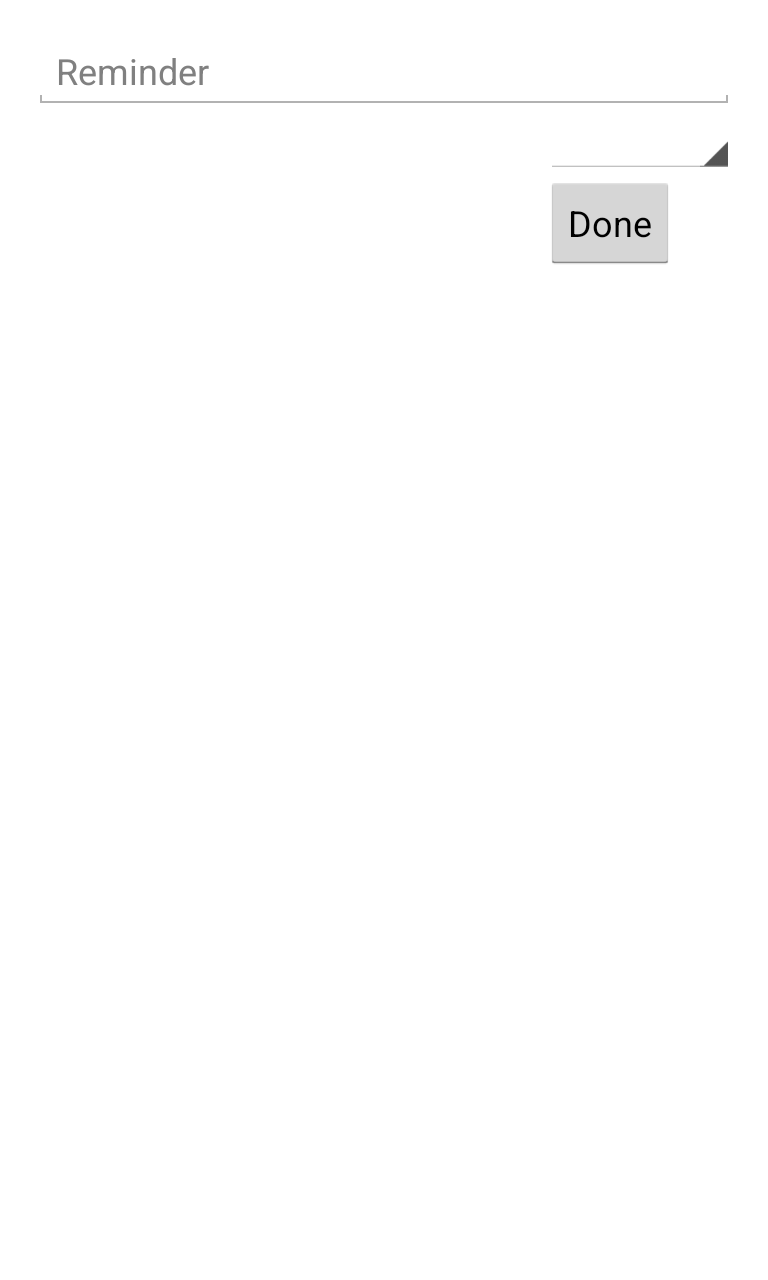
Repository: ericluo1123/myAndroidCode
Layout: SimpleRelativeLayout/res/layout/activity_main.xml
The author's editor kept a copy of each file at every save. The layout is drawn from the files as they stood at one save, then again after the next save.
It is drawn on a 768 x 1280 px phone screen (xhdpi) without system bars, with theme AppTheme; the app's code is not run.

Above is the layout before, as saved 2014-09-05 13:30:18.

### SimpleRelativeLayout/res/layout/activity_main.xml
<RelativeLayout xmlns:android="http://schemas.android.com/apk/res/android"
    xmlns:tools="http://schemas.android.com/tools"
    android:layout_width="match_parent"
    android:layout_height="match_parent"
    android:paddingBottom="@dimen/activity_vertical_margin"
    android:paddingLeft="@dimen/activity_horizontal_margin"
    android:paddingRight="@dimen/activity_horizontal_margin"
    android:paddingTop="@dimen/activity_vertical_margin"
    tools:context="com.example.simplerelativelayout.MainActivity" >

    <EditText
        android:id="@+id/editText1"
        android:layout_width="match_parent"
        android:layout_height="wrap_content"
        android:layout_alignParentTop="true"
        android:layout_centerHorizontal="true"
        android:ems="10"
        android:hint="Reminder" />

    <Spinner
        android:id="@+id/spinner2"
        android:layout_width="96dp"
        android:layout_height="wrap_content"
        android:layout_alignRight="@+id/editText1"
        android:layout_below="@+id/editText1" />

    <Spinner
        android:id="@+id/spinner1"
        android:layout_width="wrap_content"
        android:layout_height="wrap_content"
        android:layout_alignRight="@+id/spinner2"
        android:layout_alignTop="@+id/spinner2" />

    <Button
        android:id="@+id/button1"
        android:layout_width="wrap_content"
        android:layout_height="wrap_content"
        android:layout_alignLeft="@+id/spinner2"
        android:layout_below="@+id/spinner2"
        android:text="Done" />

</RelativeLayout>

Loaded but not shown: SimpleRelativeLayout/res/values/styles.xml (common file); SimpleRelativeLayout/res/values-v11/styles.xml (common file); SimpleRelativeLayout/res/values-v14/styles.xml (common file); SimpleRelativeLayout/res/values/dimens.xml (common file); SimpleRelativeLayout/res/values-w820dp/dimens.xml (common file)

After the next save:
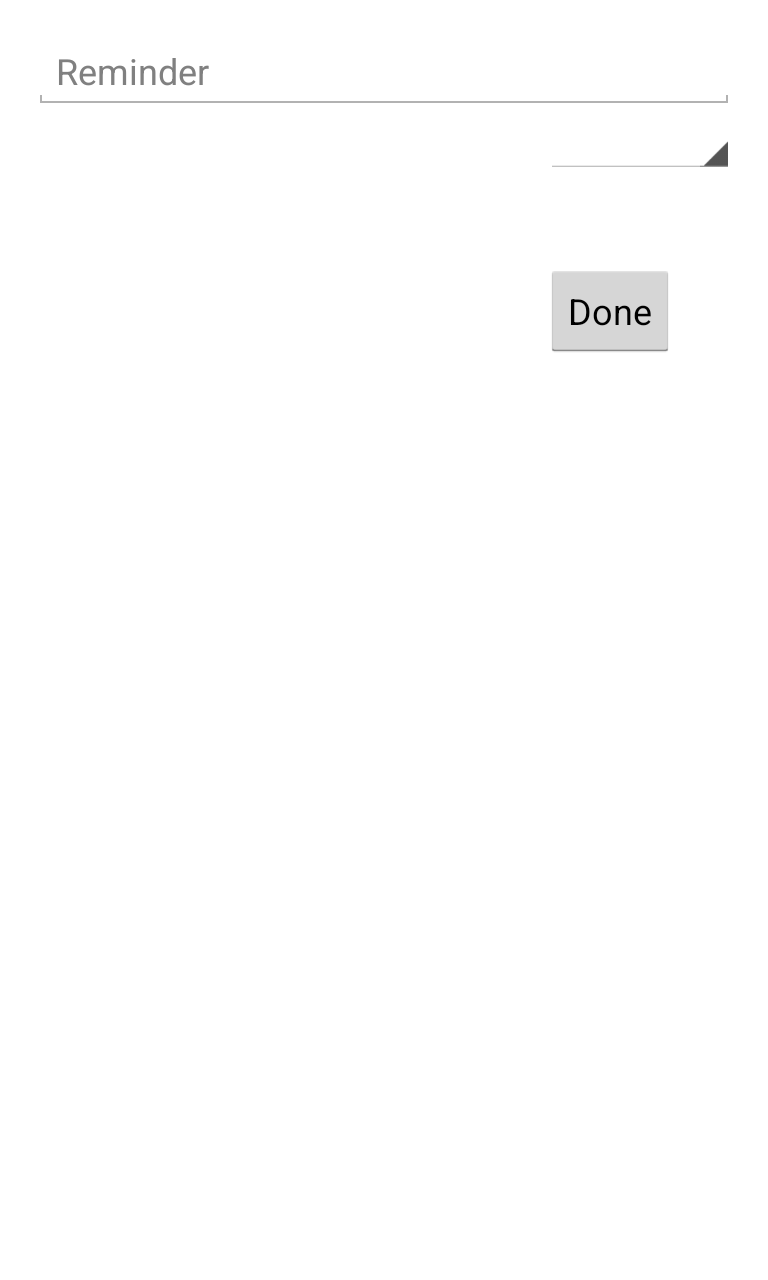
Saved 12 s later.
--- a/SimpleRelativeLayout/res/layout/activity_main.xml
+++ b/SimpleRelativeLayout/res/layout/activity_main.xml
@@ -37,6 +37,7 @@
         android:layout_height="wrap_content"
         android:layout_alignLeft="@+id/spinner2"
         android:layout_below="@+id/spinner2"
+        android:layout_marginTop="44dp"
         android:text="Done" />
 
 </RelativeLayout>

After the save that followed:
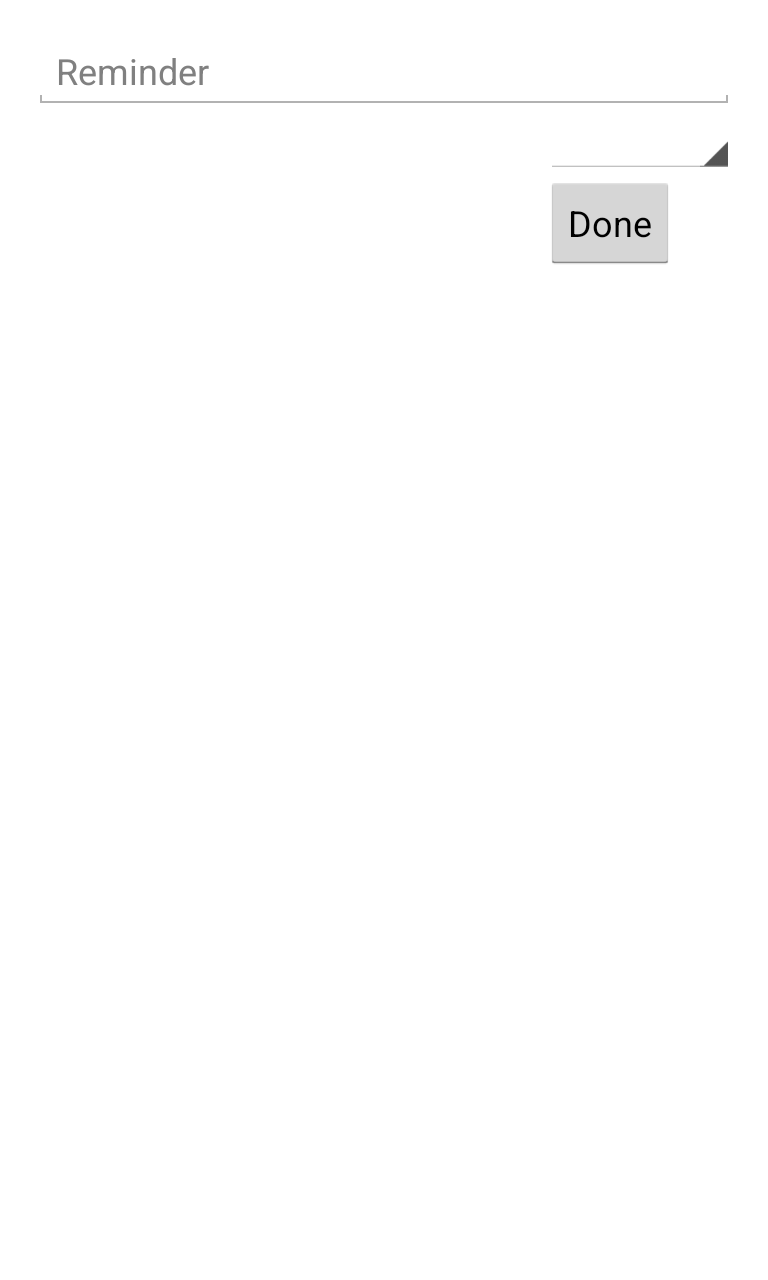
Saved 34 s later.
--- a/SimpleRelativeLayout/res/layout/activity_main.xml
+++ b/SimpleRelativeLayout/res/layout/activity_main.xml
@@ -24,20 +24,19 @@
         android:layout_alignRight="@+id/editText1"
         android:layout_below="@+id/editText1" />
 
-    <Spinner
-        android:id="@+id/spinner1"
-        android:layout_width="wrap_content"
-        android:layout_height="wrap_content"
-        android:layout_alignRight="@+id/spinner2"
-        android:layout_alignTop="@+id/spinner2" />
-
     <Button
         android:id="@+id/button1"
         android:layout_width="wrap_content"
         android:layout_height="wrap_content"
         android:layout_alignLeft="@+id/spinner2"
         android:layout_below="@+id/spinner2"
-        android:layout_marginTop="44dp"
         android:text="Done" />
 
+    <Spinner
+        android:id="@+id/spinner1"
+        android:layout_width="wrap_content"
+        android:layout_height="wrap_content"
+        android:layout_above="@+id/button1"
+        android:layout_alignRight="@+id/spinner2" />
+
 </RelativeLayout>
